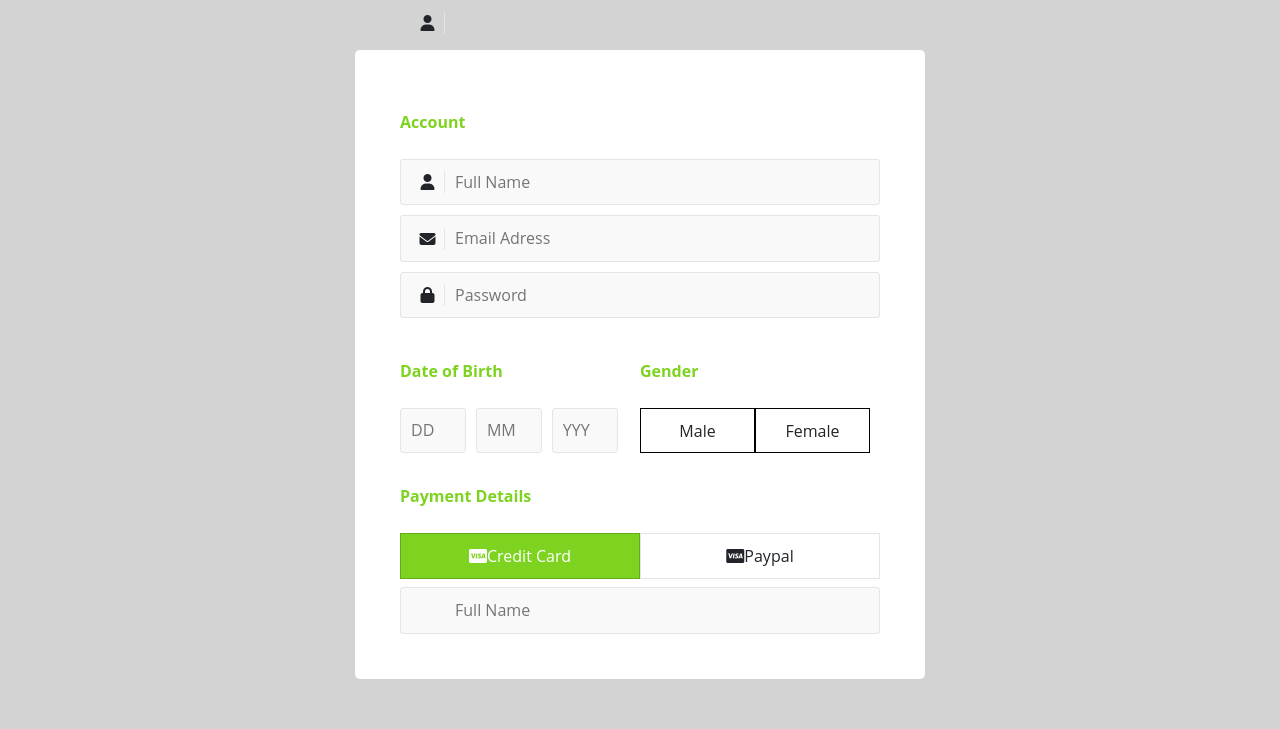
Repository: letrongtinh27/LapTrinhWeb
Page: Payment/index.html
An editor plug-in stored every save of this project. The page is shown before and after the next save, followed by the edit.
The browser window is 1280 px wide. The pictures show the whole page.

Above is the page before, as saved 2022-10-11 21:52:18.

After the next save:
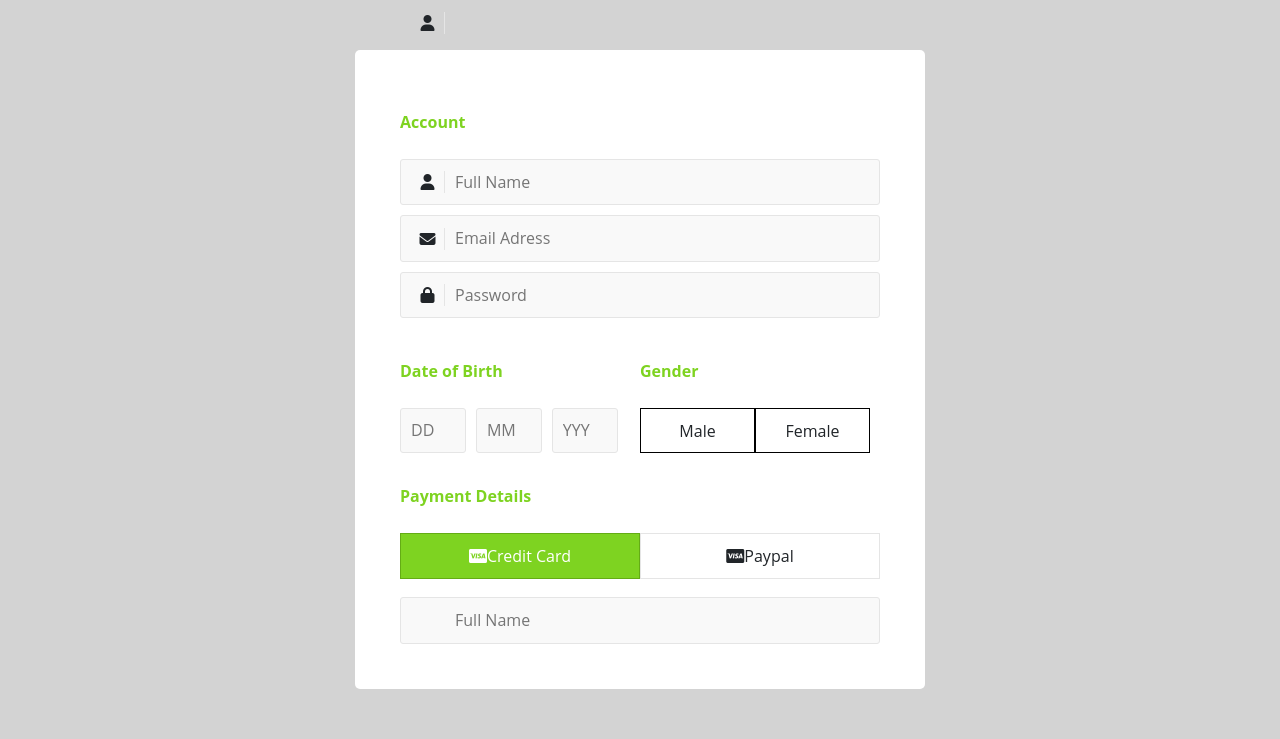
Saved 19 s later.
--- a/Payment/index.html
+++ b/Payment/index.html
@@ -63,7 +63,7 @@
                 <input type="radio" name="payment-method" value="paypal" id="payment-method-paypal">
                 <label for="payment-method-paypal"> <span><i class="fa-brands fa-cc-visa"></i>Paypal</span></label>
               </div>
-              <div class="form-item">
+              <div class="form-item" style="margin-top: 10px;">
                 <input type="text" placeholder="Full Name">
                 <div class="icon icon-name">
                     <i class="fa-solid fa-user"></i>
